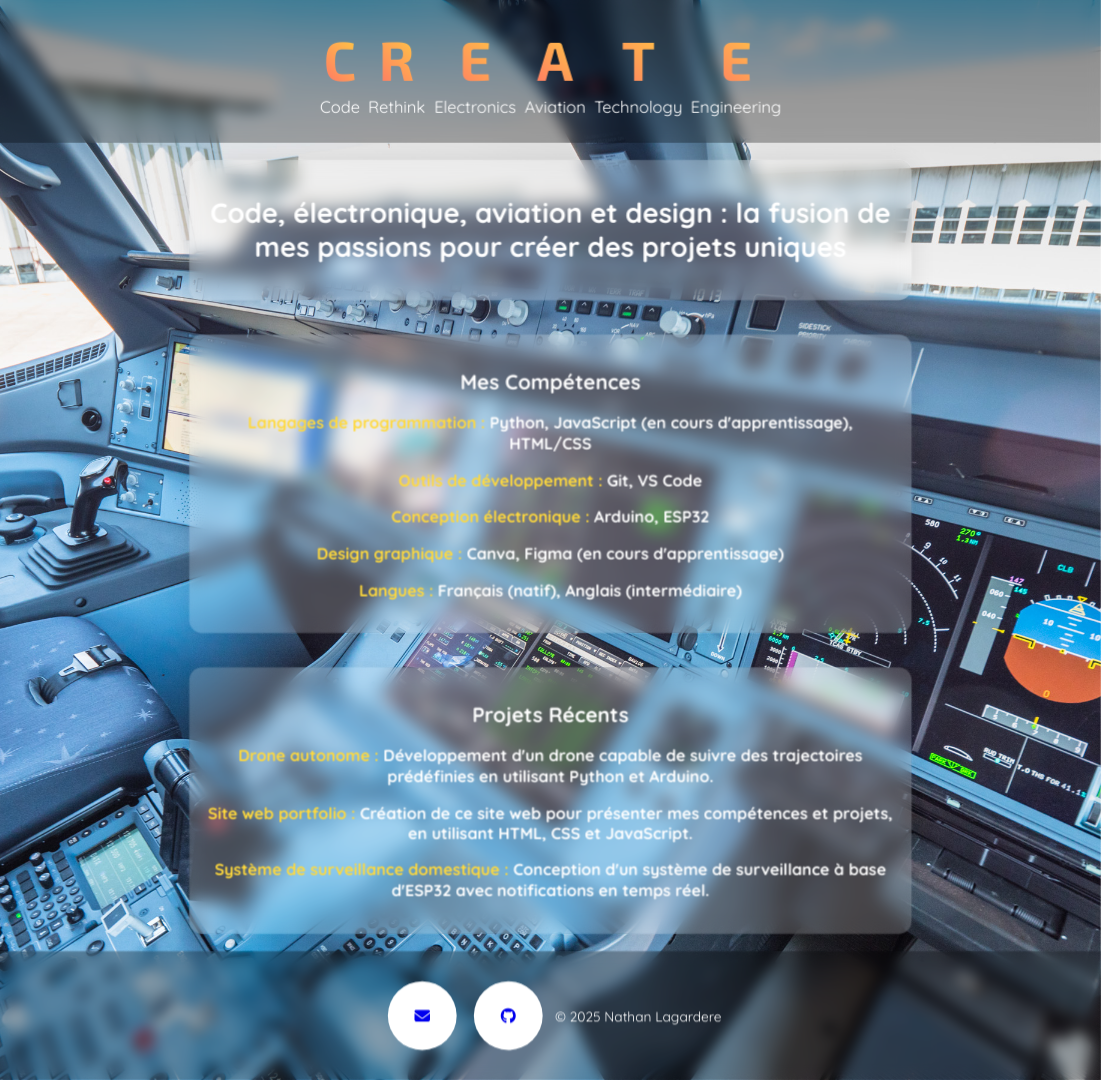
Repository: nlagardere/myportfolio
Page: index.html
The author's editor kept a copy of each file at every save. The page is drawn from the files as they stood at one save, then again after the next save.
The browser window is 1280 px wide. The pictures show the whole page, at 86% of full size.

Above is the page before, as saved 2025-09-06 10:57:44.

After the next save:
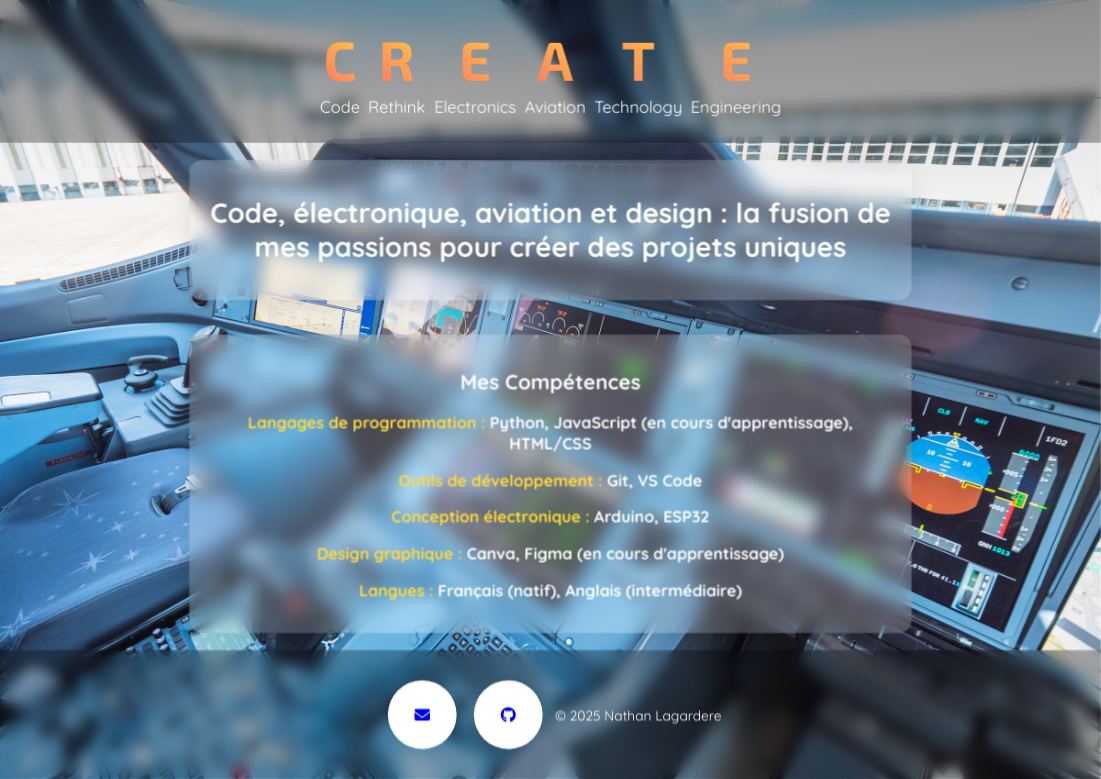
Saved 51 s later.
--- a/index.html
+++ b/index.html
@@ -236,14 +236,6 @@
     <h3><span class="highlight">Langues :</span> Français (natif), Anglais (intermédiaire)</h3>
   </div>
 
-  <div calss="projects">
-    <div class="glasscard">
-      <h2>Projets Récents</h2>
-      <h3><span class="highlight">Drone autonome :</span> Développement d'un drone capable de suivre des trajectoires prédéfinies en utilisant Python et Arduino.</h3>
-      <h3><span class="highlight">Site web portfolio :</span> Création de ce site web pour présenter mes compétences et projets, en utilisant HTML, CSS et JavaScript.</h3>
-      <h3><span class="highlight">Système de surveillance domestique :</span> Conception d'un système de surveillance à base d'ESP32 avec notifications en temps réel.</h3>
-    </div>
-  </div>
 
 
 
